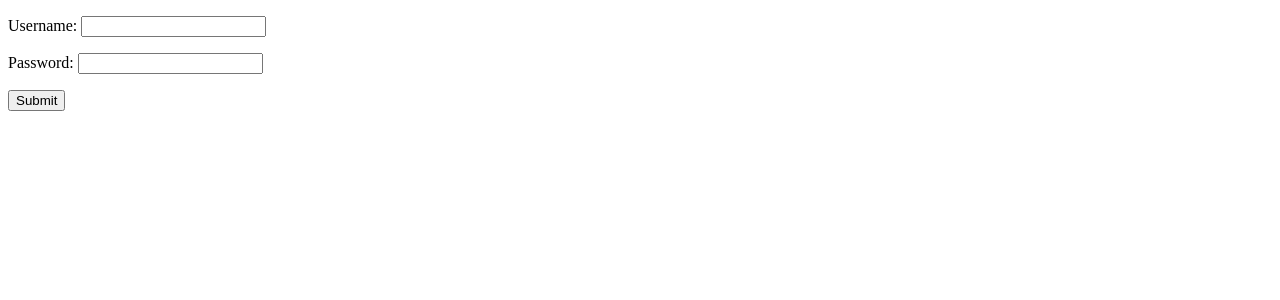
Repository: Jtho28/4830-group-project
Page: Esports-webproj/src/main/webapp/WEB-INF/Login.html
An editor plug-in stored every save of this project. The page is shown before and after the next save, followed by the edit.
The browser window is 1280 px wide. The pictures show the whole page.

Above is the page before, as saved 2022-11-16 20:24:33.

After the next save:
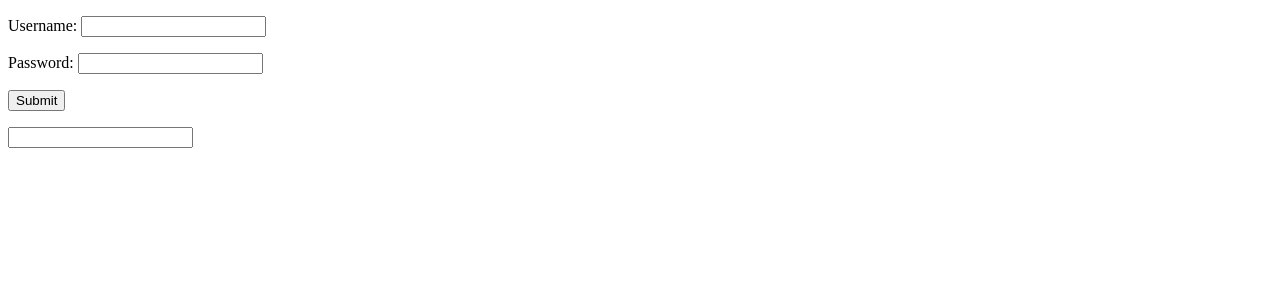
Saved 51 s later.
--- a/Esports-webproj/src/main/webapp/WEB-INF/Login.html
+++ b/Esports-webproj/src/main/webapp/WEB-INF/Login.html
@@ -9,6 +9,7 @@
 <p>Username: <input type="text" name="username" /></p>
 <p>Password: <input type="text" name="password" /></p>
 <p><input type="submit" /></p>
+<p><input type="create account" /></p>
 </form>
 </body>
 </html>
